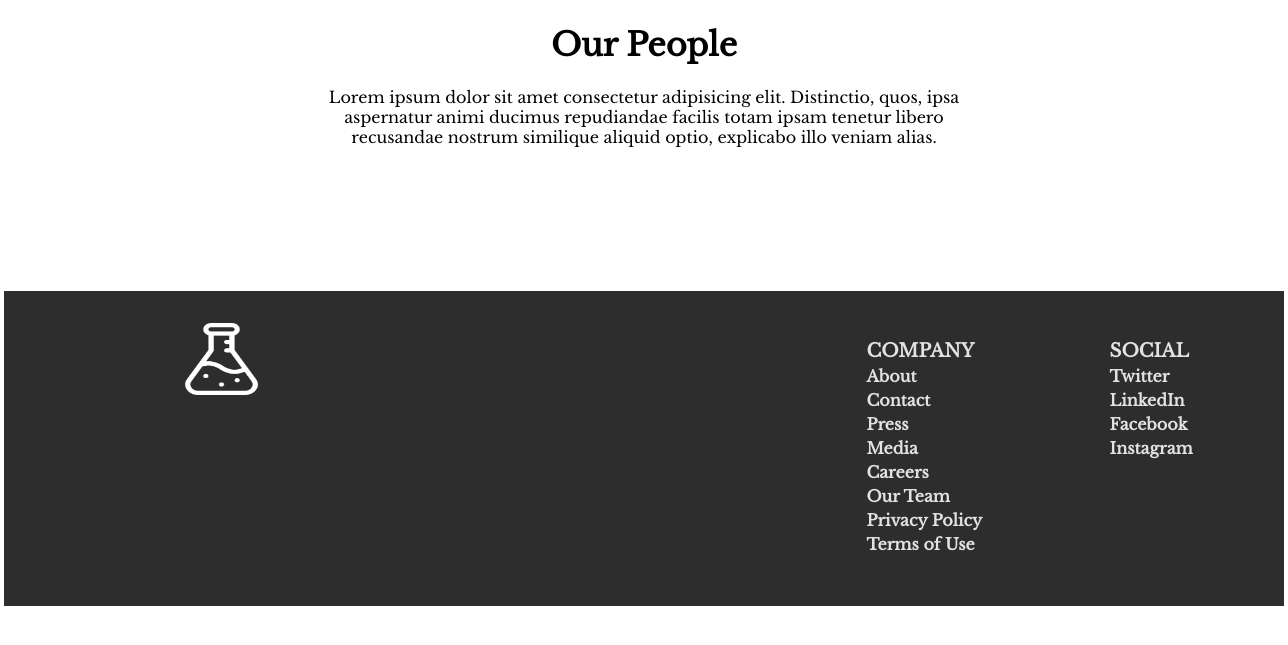
Repository: Tsardines/app
Page: / (app in my-app/)
An editor plug-in stored every save of this project. The page is shown before and after the next save, followed by the edit.
The browser window is 1280 px wide. The page is 1288 px wide, so the pictures cover 1288 px, including what lies to the right of the window. The pictures show the whole page.
The page's requests for data from a server got no answer. The project was rebuilt for these pictures with package versions that can differ from the ones it lists, and the page was loaded fresh each time. No one was signed in, and anything a server would have sent is missing.

Above is the page before, as saved 2018-11-14 20:19:02.

After the next save:
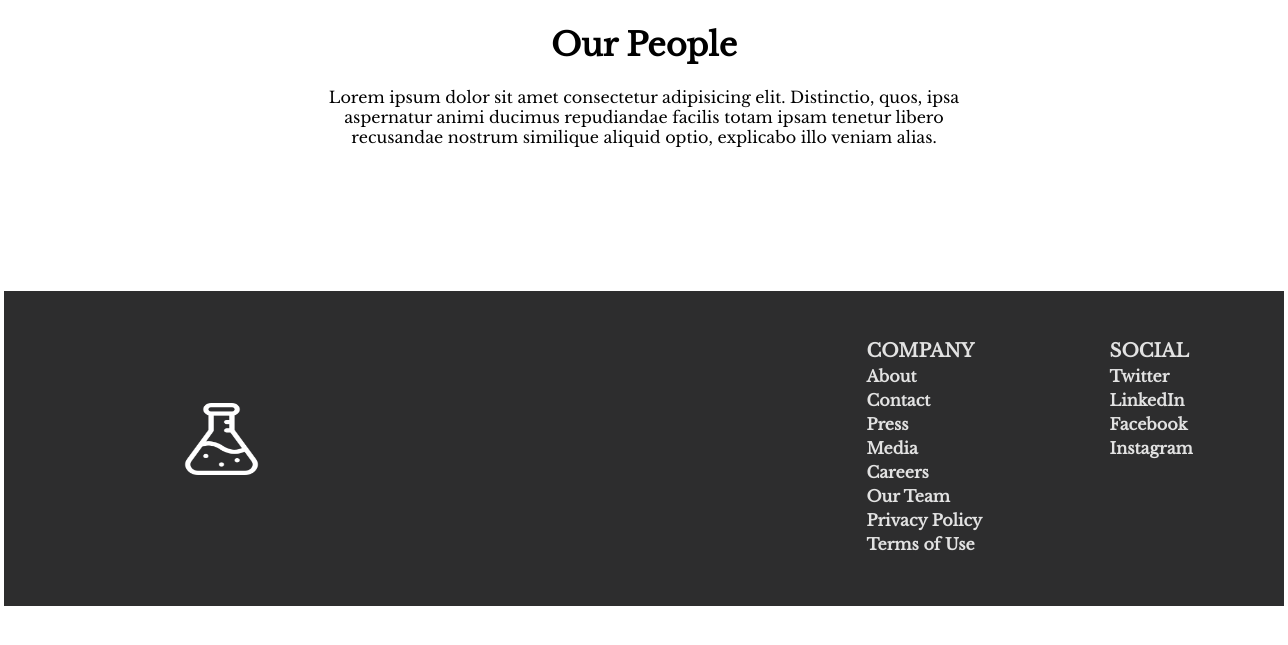
Saved 14 s later.
--- a/my-app/src/components/Footer.css
+++ b/my-app/src/components/Footer.css
@@ -43,6 +43,6 @@
 
 .beaker {
     height: 10vh;
-    margin-right: 35em;
+    margin: 5em 35em 0 0;
     width: 7vw;
 }
